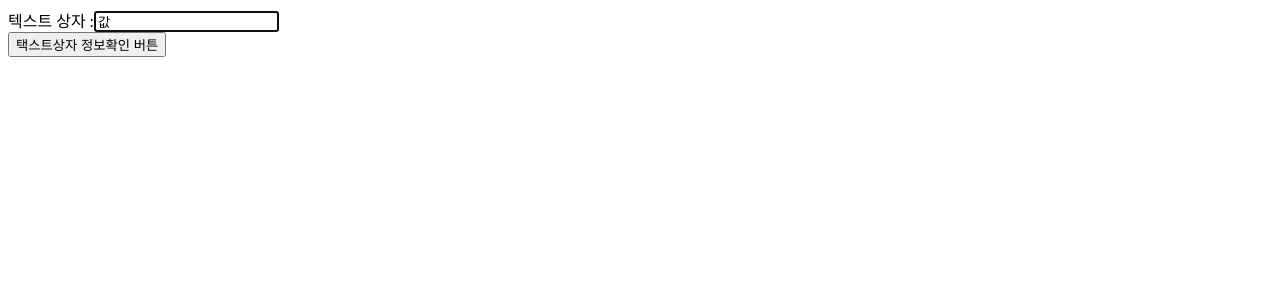
Repository: hololog/workspace_jsp1
Page: JspStudy/src/main/webapp/js1/test14.html
An editor plug-in stored every save of this project. The page is shown before and after the next save, followed by the edit.
The browser window is 1280 px wide. The pictures show the whole page.
After loading, the first visible `input[onclick="f1()"]` was clicked once.

Above is the page before, as saved 2021-12-09 08:30:05.

After the next save:
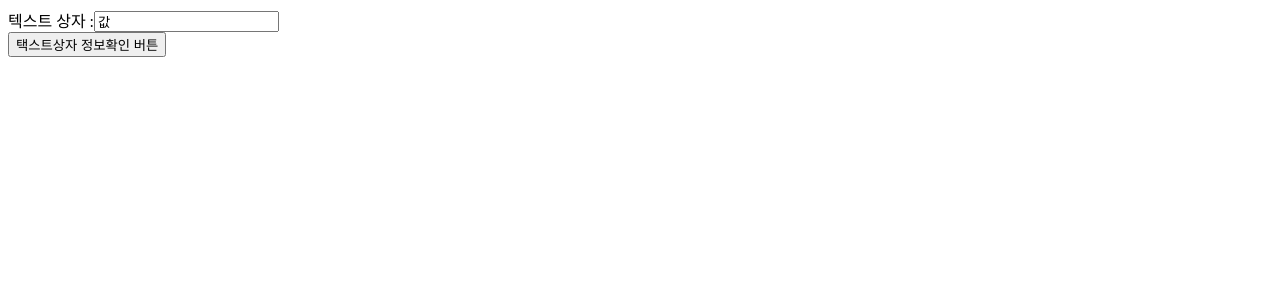
Saved 55 s later.
--- a/JspStudy/src/main/webapp/js1/test14.html
+++ b/JspStudy/src/main/webapp/js1/test14.html
@@ -27,6 +27,7 @@
 	alert(document.fr.id.type);
 	alert(document.fr.id.value);
 	document.fr.id.focus();
+	document.fr.id.blur();
 }
 </script>
 </head>

After the save that followed:
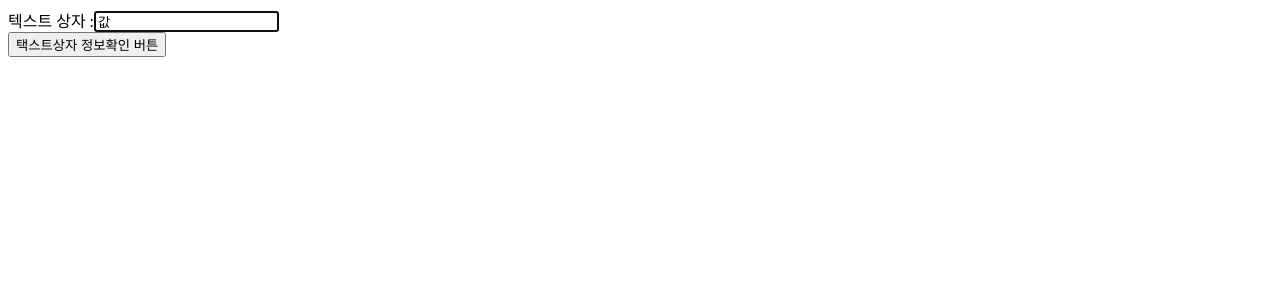
Saved 53 s later.
--- a/JspStudy/src/main/webapp/js1/test14.html
+++ b/JspStudy/src/main/webapp/js1/test14.html
@@ -27,7 +27,7 @@
 	alert(document.fr.id.type);
 	alert(document.fr.id.value);
 	document.fr.id.focus();
-	document.fr.id.blur();
+// 	document.fr.id.blur();
 }
 </script>
 </head>
